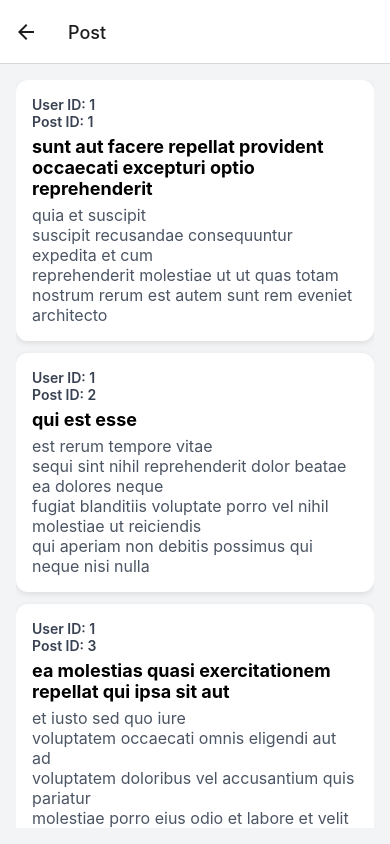
Repository: nawaz1568/Task_counter
Screen: /Post
The author's editor kept a copy of each file at every save. The screen is drawn from the files as they stood at one save, then again after the next save.
An inner scrolling area shows only its first screen. The app was drawn by React Native's web renderer in a window 390 px wide. The project was rebuilt for these pictures with package versions that can differ from the ones it lists, and the page was loaded fresh each time. Also part of the build but not shown: src/components/Header.js, src/screens/PostListScreen.js, src/screens/PostDetailScreen.js, src/screens/CounterScreen.js, src/screens/AnotherDetailScreen.js.

Above is the screen before, as saved 2025-09-09 14:22:53.

### App.js
import React from 'react';
import { NavigationContainer } from '@react-navigation/native';
import { createNativeStackNavigator } from '@react-navigation/native-stack';
import LoginScreen from './src/screens/LoginScreen';
import PostListScreen from './src/screens/PostListScreen';
import PostDetailScreen from './src/screens/PostDetailScreen';
import CounterScreen from './src/screens/CounterScreen';
import PostsScreen from './src/screens/PostsScreen';
import AnotherDetailScreen from './src/screens/AnotherDetailScreen';

const Stack = createNativeStackNavigator();

export default function App() {
  return (
    <NavigationContainer>
      <Stack.Navigator initialRouteName="Login">
        <Stack.Screen name="Login" component={LoginScreen} options={{ title: 'Login' }} />
        <Stack.Screen name="Posts" component={PostListScreen} options={{ title: 'Posts' }} />
        <Stack.Screen name="Details" component={PostDetailScreen} options={{ title: 'Post Details' }} />
        <Stack.Screen name="AnotherDetails" component={AnotherDetailScreen} options={{ title: 'Another Detail' }} />
        <Stack.Screen name="Post" component={PostsScreen} options={{ title: 'Post' }} />
        <Stack.Screen name="Counter" component={CounterScreen} options={{ title: 'Counter' }} />
      </Stack.Navigator>
    </NavigationContainer>
  );
}

### src/screens/LoginScreen.js
import React, { useState } from 'react';
import { View, Text, TextInput, Alert, TouchableOpacity, StyleSheet } from 'react-native';

export default function LoginScreen({ navigation }) {
  const [email, setEmail] = useState('');
  const [password, setPassword] = useState('');

  // Login button function
  const onLogin = () => {
    Alert.alert('Login', `Email: ${email}\nPassword: ${password}`);
    navigation.navigate('Posts'); // Navigate to Posts screen
  };

  // Go to Counter Demo button function
  const goToCounter = () => {
    navigation.navigate('Counter'); // Navigate to Counter screen
  };

  return (
    <View style={styles.container}>
      <Text style={styles.title}>Welcome</Text>

      {/* Text Inputs */}
      <TextInput
        placeholder="Email"
        value={email}
        onChangeText={setEmail}
        keyboardType="email-address"
        autoCapitalize="none"
        style={styles.input}
      />
      <TextInput
        placeholder="Password"
        value={password}
        onChangeText={setPassword}
        secureTextEntry
        style={styles.input}
      />

      {/* Login Button */}
      <TouchableOpacity style={styles.button} onPress={onLogin}>
        <Text style={styles.buttonText}>Login</Text>
      </TouchableOpacity>

{/* JSON Button */}
<TouchableOpacity
  style={[styles.button, { backgroundColor: '#2563eb', marginTop: 12 }]}
  onPress={() => navigation.navigate('Post')} // matches Stack.Screen
>
  <Text style={styles.buttonText}>JSON Button</Text>
</TouchableOpacity>


      {/* Dummy Button */}
      <TouchableOpacity style={[styles.button, { backgroundColor: '#10b981', marginTop: 12 }]}>
        <Text style={styles.buttonText}>Dummy Button</Text>
      </TouchableOpacity>

      {/* Go to Counter Demo Button */}
      <TouchableOpacity style={[styles.button, { backgroundColor: '#f59e0b', marginTop: 12 }]} onPress={goToCounter}>
        <Text style={styles.buttonText}>Go to Counter Demo</Text>
      </TouchableOpacity>
    </View>
  );
}

const styles = StyleSheet.create({
  container: {
    flex: 1,
    alignItems: 'center',
    justifyContent: 'center',
    padding: 20,
    backgroundColor: '#f9fafb',
  },
  title: { fontSize: 24, fontWeight: '700', marginBottom: 24 },
  input: {
    width: '100%',
    borderWidth: 1,
    borderColor: '#d1d5db',
    borderRadius: 12,
    padding: 12,
    marginBottom: 12,
    backgroundColor: '#fff',
  },
  button: {
    width: '100%',
    padding: 14,
    backgroundColor: '#111827',
    borderRadius: 12,
    alignItems: 'center',
    marginTop: 4,
  },
  buttonText: { color: '#fff', fontWeight: '600' },
});

### src/screens/PostsScreen.js
import React from 'react';
import { View, Text, FlatList, TouchableOpacity, StyleSheet } from 'react-native';
import postsData from '../data/posts.json'; // your JSON file

export default function PostsScreen({ navigation }) {
  const renderItem = ({ item }) => (
    <TouchableOpacity
      style={styles.card}
      onPress={() =>
        navigation.navigate('AnotherDetails', {
          name: item.title,        // pass title
          description: item.body,  // pass body
        })
      }
    >
      <Text style={styles.heading}>User ID: {item.userId}</Text>
      <Text style={styles.heading}>Post ID: {item.id}</Text>
      <Text style={styles.title}>{item.title}</Text>
      <Text style={styles.body}>{item.body}</Text>
    </TouchableOpacity>
  );

  return (
    <View style={styles.container}>
      <FlatList
        data={postsData}
        keyExtractor={(item) => item.id.toString()}
        renderItem={renderItem}
      />
    </View>
  );
}

const styles = StyleSheet.create({
  container: {
    flex: 1,
    padding: 16,
    backgroundColor: '#f3f4f6',
  },
  card: {
    backgroundColor: '#fff', // white background for cards
    padding: 16,
    borderRadius: 12,
    marginBottom: 12,
    shadowColor: '#000',
    shadowOpacity: 0.1,
    shadowRadius: 6,
    shadowOffset: { width: 0, height: 2 },
  },
  heading: {
    fontSize: 14,
    fontWeight: '600',
    color: '#374151',
  },
  title: {
    fontSize: 18,
    fontWeight: '700',
    marginVertical: 6,
  },
  body: {
    fontSize: 16,
    color: '#4b5563',
  },
});

Loaded but not shown: src/data/posts.json (common file)

After the next save:
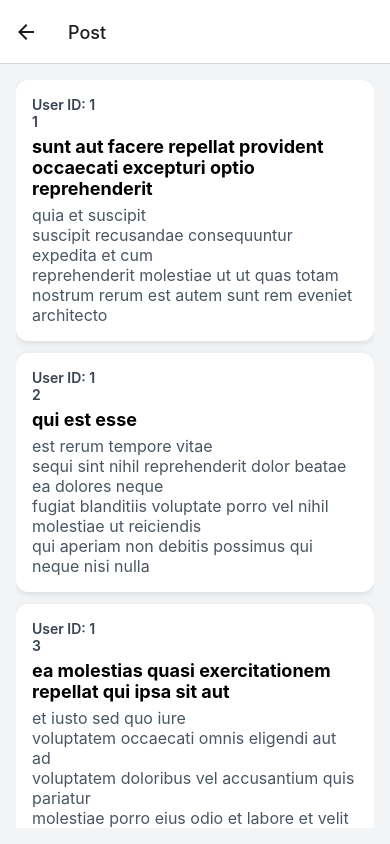
Saved 95 s later.
--- a/src/screens/PostsScreen.js
+++ b/src/screens/PostsScreen.js
@@ -14,7 +14,7 @@ export default function PostsScreen({ navigation }) {
       }
     >
       <Text style={styles.heading}>User ID: {item.userId}</Text>
-      <Text style={styles.heading}>Post ID: {item.id}</Text>
+      <Text style={styles.heading}>{item.id}</Text>
       <Text style={styles.title}>{item.title}</Text>
       <Text style={styles.body}>{item.body}</Text>
     </TouchableOpacity>
